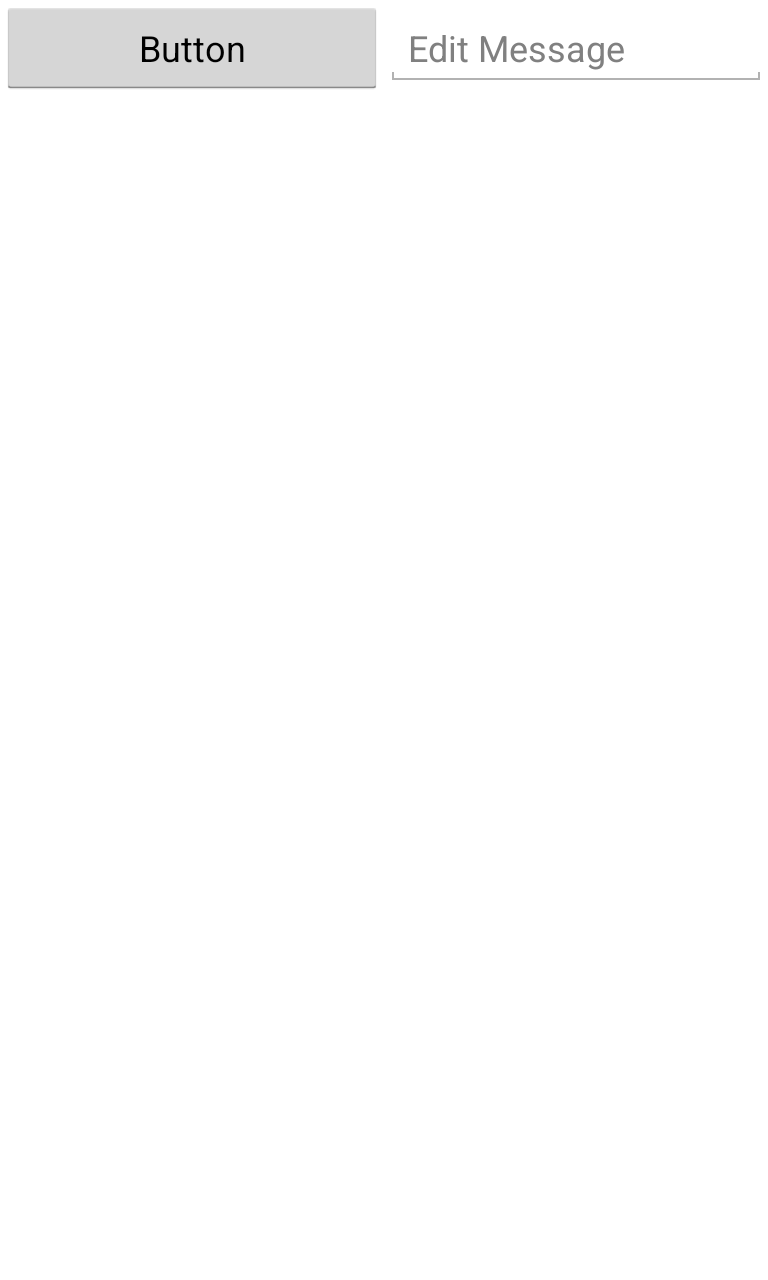
Repository: alokranjan04/ewireless5_practical
Layout: SecondProject/res/layout/activity_main.xml
The author's editor kept a copy of each file at every save. The layout is drawn from the files as they stood at one save, then again after the next save.
It is drawn on a 768 x 1280 px phone screen (xhdpi) without system bars, with theme AppTheme; the app's code is not run.

Above is the layout before, as saved 2014-02-08 18:03:11.

After the next save:
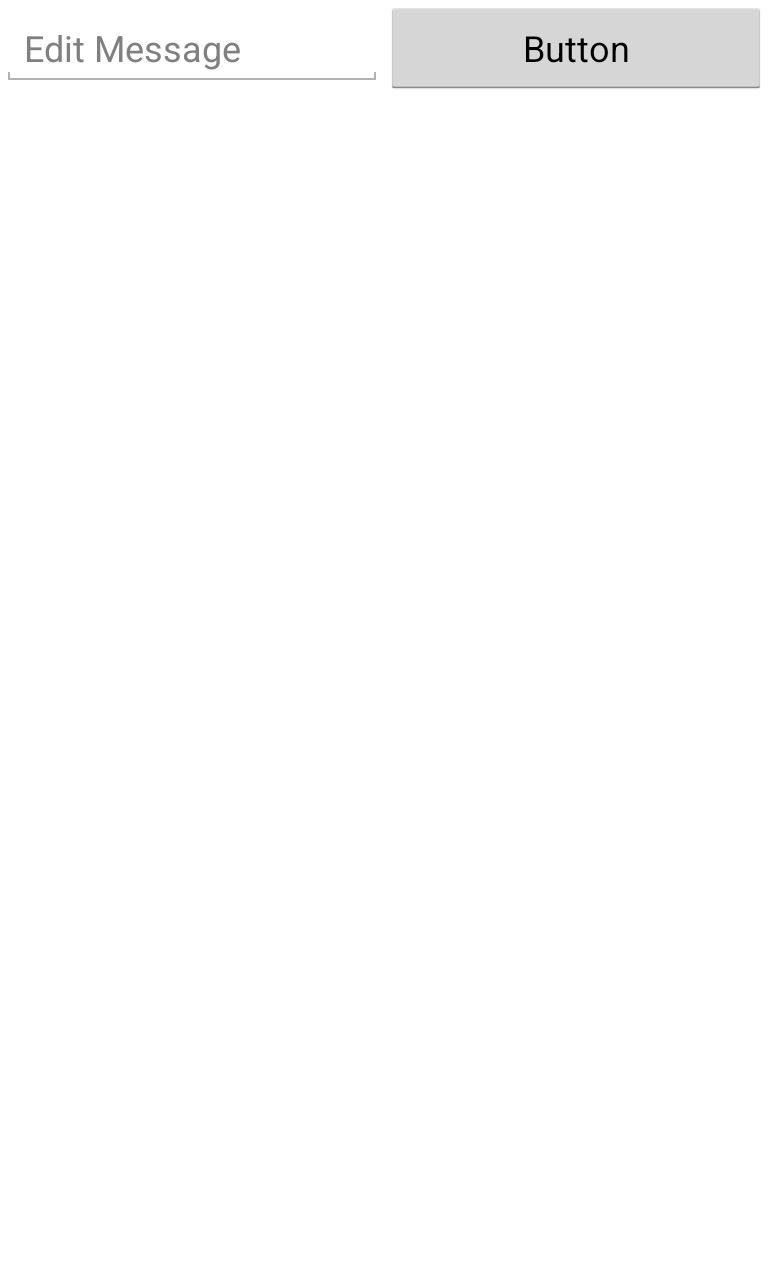
Saved 10 s later.
--- a/SecondProject/res/layout/activity_main.xml
+++ b/SecondProject/res/layout/activity_main.xml
@@ -9,6 +9,12 @@
 <!--         android:layout_height="wrap_content" -->
 <!--         android:text="@string/hello_world" /> -->
 
+<EditText
+        android:id="@+id/edit_message"
+        android:layout_width="0dp"
+        android:layout_height="wrap_content"
+        android:layout_weight="1"
+        android:hint="@string/edit_message" />
     <Button
         android:id="@+id/button1"
         android:layout_width="0dp"
@@ -16,11 +22,6 @@
         android:layout_weight="1"
         android:text="Button" />
 
-    <EditText
-        android:id="@+id/edit_message"
-        android:layout_width="0dp"
-        android:layout_height="wrap_content"
-        android:layout_weight="1"
-        android:hint="@string/edit_message" />
+
 
 </LinearLayout>
